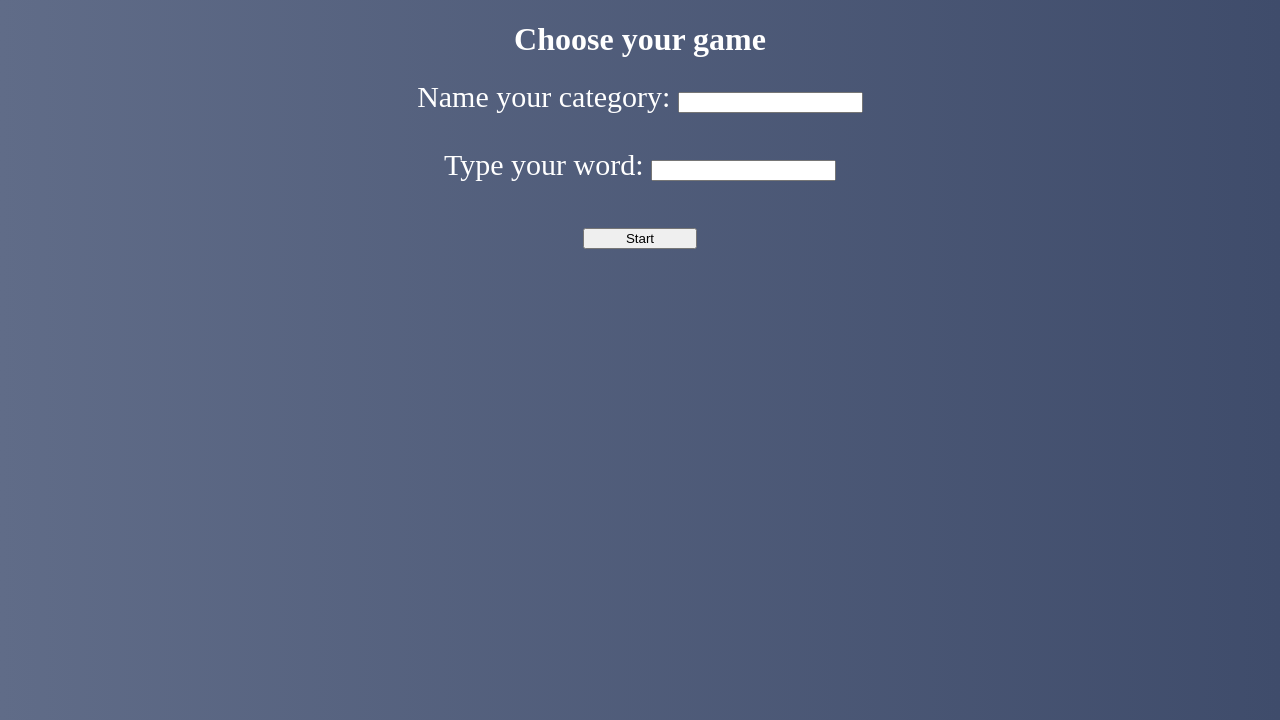
Repository: Darkingfired/Game
Page: index.html
An editor plug-in stored every save of this project. The page is shown before and after a run of saves, followed by the edit.
The browser window is 1280 px wide. The pictures show the whole page.

Above is the page before, as saved 2022-09-09 04:17:20.
Console error: SyntaxError: Cannot use import statement outside a module

After the next 3 saves:
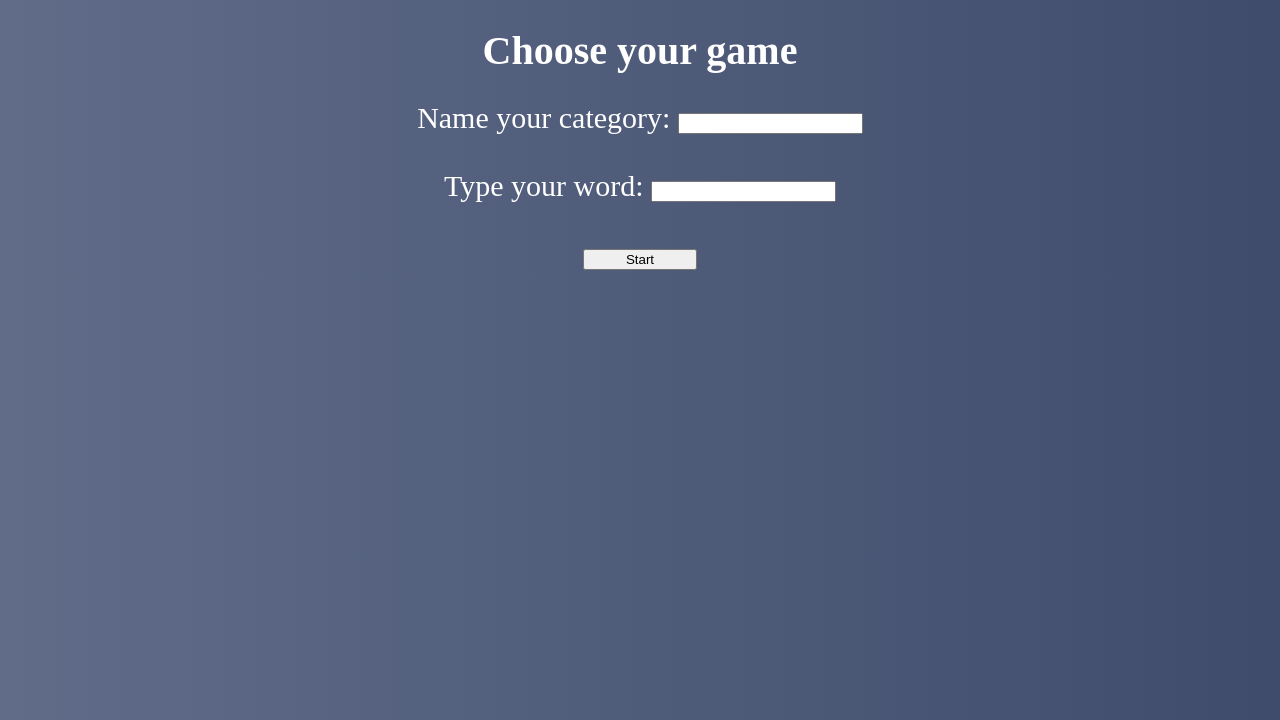
The 3 saves are shown as one change because they came seconds apart.
The last was saved 7 s later.
--- a/style.css
+++ b/style.css
@@ -66,5 +66,5 @@ form {
   font-size: 30px;
 }
 h1{
-  font-si
+  font-size: 40px;
 }
